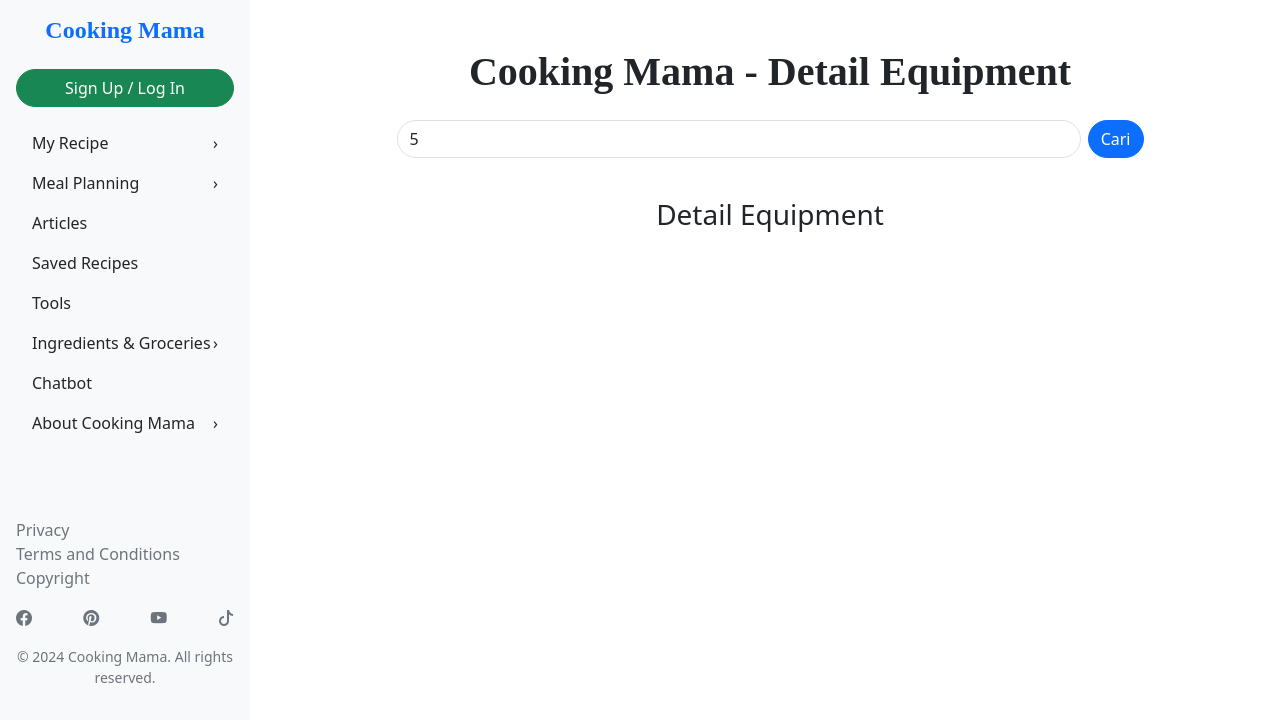
Repository: julius2510/UAS_Frontend_Kelompok10
Page: views/Tools.html
The author's editor kept a copy of each file at every save. The page is drawn from the files as they stood at one save, then again after a run of saves.
The browser window is 1280 px wide. The pictures show the whole page.
Empty fields were first filled with sample values (such as "Sample", 5 or name@example.com).
After loading, the first visible `#searchEquipmentForm` was submitted once.
The page's requests for data from a server got no answer.

Above is the page before, as saved 2024-11-28 06:18:41.
Console error: TypeError: Cannot read properties of null (reading 'addEventListener')

### views/Tools.html
<!DOCTYPE html>
<html lang="en">
<head>
  <meta charset="UTF-8">
  <meta name="viewport" content="width=device-width, initial-scale=1.0">
  <title>Tools</title>
  <link href="https://cdn.jsdelivr.net/npm/bootstrap@5.3.0/dist/css/bootstrap.min.css" rel="stylesheet">
  <link href="https://cdn.jsdelivr.net/npm/bootstrap-icons/font/bootstrap-icons.css" rel="stylesheet">
</head>
<body>
  <div class="d-flex">
    <!-- Sidebar Navbar -->
    <nav class="bg-light p-3 d-flex flex-column justify-content-between" style="width: 250px; height: 100vh; position: fixed; top: 0; left: 0; overflow-y: auto;">
      <!-- Header -->
      <div>
        <a href="/" style="text-decoration: none;">
          <h2 class="fs-4 fw-bold text-primary text-center" style="font-family: cursive;">Cooking Mama</h2>
        </a>
        <a href="/loginin" style="text-decoration: none;">
          <button class="btn btn-success w-100 rounded-pill my-3">Sign Up / Log In</button>
        </a>
        <ul class="nav flex-column">
          <!-- Search Recipe -->
          <li class="nav-item">
            <a class="nav-link text-dark" data-bs-toggle="collapse" href="#myRecipe" role="button" aria-expanded="false" aria-controls="myRecipe">
              My Recipe <span class="float-end">&rsaquo;</span>
            </a>
            <div class="collapse" id="myRecipe">
              <ul class="list-unstyled ps-3">
                <li><a href="/addRecipes" class="nav-link text-secondary">Add Recipe</a></li>
                <li><a href="/searchrecipes" class="nav-link text-secondary">Search Recipe</a></li>
              </ul>
            </div>
          </li>
       <!-- Meal Planning -->
       <li class="nav-item">
        <a class="nav-link text-dark" data-bs-toggle="collapse" href="#collapseMealPlanning" role="button" aria-expanded="false" aria-controls="collapseMealPlanning">
          Meal Planning <span class="float-end">&rsaquo;</span>
        </a>
        <div class="collapse" id="collapseMealPlanning">
          <ul class="list-unstyled ps-3">
            <li><a href="/mealPlanDay" class="nav-link text-secondary">Get Meal Plan Day</a></li>
            <li><a href="/mealPlanWeek" class="nav-link text-secondary">Get Meal Plan Week</a></li>
            <li><a href="/generateMeal" class="nav-link text-secondary">Generate a Meal Plan</a></li>
          </ul>
        </div>
      </li>
          <!-- Articles -->
          <li class="nav-item">
            <a href="/article" class="nav-link text-dark">Articles <span class="float-end"></span></a>
          </li>
          <!-- Saved Recipes -->
          <li class="nav-item">
            <a href="/resep" class="nav-link text-dark">Saved Recipes <span class="float-end"></span></a>
          </li>
          <!-- More Tools -->
          <li class="nav-item">
            <a href="/Tools" class="nav-link text-dark">Tools <span class="float-end"></span></a>
          </li>

          <!-- Ingridients and Tools -->
          <li class="nav-item">
            <a class="nav-link text-dark" data-bs-toggle="collapse" href="#IntAndPro" role="button" aria-expanded="false" aria-controls="IntAndPro">
              Ingredients & Groceries <span class="float-end">&rsaquo;</span>
            </a>
            <div class="collapse" id="IntAndPro">
              <ul class="list-unstyled ps-3">
                <li><a href="/searchIngredients" class="nav-link text-secondary">Search Ingredients</a></li>
                <li><a href="/searchProducts" class="nav-link text-secondary">Search Grocery Products</a></li>
              </ul>
            </div>
          </li>

         <!-- Chatbot -->
         <li class="nav-item">
          <a href="/Chatbot" class="nav-link text-dark">Chatbot <span class="float-end"></span></a>
        </li>

          <li class="nav-item">
            <a class="nav-link text-dark" data-bs-toggle="collapse" href="#collapseAbout" role="button" aria-expanded="false" aria-controls="collapseTools">
              About Cooking Mama <span class="float-end">&rsaquo;</span>
            </a>
            <div class="collapse" id="collapseAbout">
              <ul class="list-unstyled ps-3">
                <li><a href="/about#about" class="nav-link text-secondary">About Us</a></li>
                <li><a href="/about#contact" class="nav-link text-secondary">Contact Us</a></li>
                <li><a href="/about#faq" class="nav-link text-secondary">FAQ</a></li>
              </ul>
            </div>
          </li>
        </ul>
      </div>

      <!-- Footer -->
      <div>
        <ul class="list-unstyled">
          <li><a href="#" class="nav-link text-secondary">Privacy</a></li>
          <li><a href="#" class="nav-link text-secondary">Terms and Conditions</a></li>
          <li><a href="#" class="nav-link text-secondary">Copyright</a></li>
        </ul>
        <div class="d-flex justify-content-between mt-3">
          <a href="#" class="text-secondary"><i class="bi bi-facebook"></i></a>
          <a href="#" class="text-secondary"><i class="bi bi-pinterest"></i></a>
          <a href="#" class="text-secondary"><i class="bi bi-youtube"></i></a>
          <a href="#" class="text-secondary"><i class="bi bi-tiktok"></i></a>
        </div>
        <p class="text-secondary mt-3 text-center small">© 2024 Cooking Mama. All rights reserved.</p>
      </div>
    </nav>

    <div class="container mt-5" style="margin-left: 260px;">
        <h1 class="text-center mb-4 fs-1 fw-bold" style="font-family: cursive;">Cooking Mama - Detail Equipment</h1>
        <div class="d-flex justify-content-center">
          <form id="searchEquipmentForm" class="d-flex flex-column w-75">
            <div class="input-group mb-3">
              <input type="number" id="equipmentId" class="form-control me-2 rounded-pill" placeholder="Masukkan ID Equipment">
              <button type="submit" class="btn btn-primary rounded-pill">Cari</button>
            </div>
          </form>
        </div>
        <h3 class="text-center mt-4">Detail Equipment</h3>
        <div id="equipmentResult" class="mt-4 text-center"></div>
      </div>



<script>
const apiKey = '50868189a1fb41c5b8276487a99412ac';
const searchEquipmentForm = document.getElementById('searchEquipmentForm');
const equipmentResultDiv = document.getElementById('equipmentResult');

// Fungsi untuk mendapatkan daftar equipment
async function getDefaultEquipments(number = 6) {
    const apiUrl = `https://api.spoonacular.com/food/products/search?apiKey=${apiKey}&number=${number}`;
    try {
        const response = await fetch(apiUrl);
        const data = await response.json();
        return data.products; // Kembalikan array equipment
    } catch (error) {
        console.error('Error fetching default equipment:', error);
        equipmentResultDiv.innerHTML = `<p class="text-danger">Terjadi kesalahan saat mengambil data default equipment.</p>`;
    }
}

// Fungsi untuk mendapatkan detail equipment berdasarkan ID
async function getEquipmentById(id) {
  const apiUrl = `https://api.spoonacular.com/food/products/${id}?apiKey=${apiKey}`;
  try {
    const response = await fetch(apiUrl);
    if (!response.ok) throw new Error('Equipment tidak ditemukan');
    const data = await response.json();
    return data; // Kembalikan detail equipment
  } catch (error) {
    console.error('Error fetching equipment:', error);
    equipmentResultDiv.innerHTML = `<p class="text-danger">Terjadi kesalahan: ${error.message}</p>`;
  }
}

// Fungsi untuk menampilkan daftar equipment
function displayEquipments(equipments) {
    equipmentResultDiv.innerHTML = '';
    if (!equipments || equipments.length === 0) {
        equipmentResultDiv.innerHTML = '<p>Detail equipment tidak ditemukan.</p>';
        return;
    }

    equipments.forEach(equipment => {
        const equipmentCard = `
            <div class="col-md-4">
                <div class="card shadow-lg border-0 h-100" style="overflow: hidden;">
                    <img src="${equipment.image}" class="card-img-top" alt="${equipment.title}" style="height: 200px; object-fit: cover;">
                    <div class="card-body">
                        <h5 class="card-title text-primary fw-bold">${equipment.title || 'Nama Tidak Diketahui'}</h5>
                        <p class="text-secondary">ID: ${equipment.id || 'Tidak diketahui'}</p>
                        <p class="text-muted">${equipment.description || 'Deskripsi tidak tersedia.'}</p>
                        <a href="${equipment.link || '#'}" target="_blank" class="btn btn-success w-100 rounded-pill mt-3">
                            <i class="bi bi-link-45deg"></i> Selengkapnya
                        </a>
                    </div>
                </div>
            </div>
        `;
        equipmentResultDiv.innerHTML += equipmentCard;
    });
}

document.addEventListener('DOMContentLoaded', async () => {
    const defaultEquipments = await getDefaultEquipments(6); // Ambil 6 equipment default
    displayEquipments(defaultEquipments);
});

// Event listener untuk form pencarian equipment
searchEquipmentForm.addEventListener('submit', async (e) => {
    e.preventDefault();
    const id = document.getElementById('equipmentId').value;

    if (!id) {
        equipmentResultDiv.innerHTML = '<p class="text-danger">Harap masukkan ID Equipment!</p>';
        return;
    }

    const equipment = await getEquipmentById(id); // Cari berdasarkan ID
    displayEquipments([equipment]); // Tampilkan sebagai array
});

    document.addEventListener('DOMContentLoaded', function () {
    // Cek apakah pengguna sudah login
    const user = JSON.parse(localStorage.getItem('user'));
    if (user) {
      updateNavbarForLoggedInUser(user);
    }

    // Tambahkan event listener untuk form login dan signup
    document.getElementById("loginForm").addEventListener("submit", handleFormSubmit);
    document.getElementById("signupForm").addEventListener("submit", handleFormSubmit);
  });

  async function handleFormSubmit(event) {
    event.preventDefault();

    const formData = new FormData(event.target);
    const formType = event.target.id; // loginForm atau signupForm
    const data = Object.fromEntries(formData.entries());
    const formAction = formType === "loginForm"
      ? "http://localhost:3000/login"
      : "http://localhost:3000/signup";

    try {
      const response = await fetch(formAction, {
        method: "POST",
        headers: {
          "Content-Type": "application/json",
        },
        body: JSON.stringify(data),
      });

      if (!response.ok) {
        const error = await response.json();
        alert(error.message || "Terjadi kesalahan");
        return;
      }

      const result = await response.json();
      // Simpan data pengguna ke localStorage
      localStorage.setItem("user", JSON.stringify(result.user));

      // Update navbar dengan informasi pengguna
      updateNavbarForLoggedInUser(result.user);

      // Arahkan ke halaman utama atau profil
      window.location.href = "/";
    } catch (error) {
      alert("Terjadi kesalahan: " + error.message);
    }
  }

  function updateNavbarForLoggedInUser(user) {
    const navbar = document.querySelector("nav");
    const signupLoginButton = navbar.querySelector(".btn");
    const userProfileHtml = `
      <div class="d-flex align-items-center ms-5">
        <i class="bi bi-person-circle fs-3 text-secondary me-2" style="pointer-events: none;"></i>
        <a href="/profile" style="text-decoration: none;">${user.name}</a>
      </div>
    `;
    signupLoginButton.outerHTML = userProfileHtml;
  }

// Menampilkan 9 bahan makanan pertama ketika halaman dimuat
window.addEventListener('load', async () => {
  const Products = await searchProducts('B');
  displayProducts(Products);
});
  </script>
<script src="https://cdn.jsdelivr.net/npm/bootstrap@5.3.0/dist/js/bootstrap.bundle.min.js"></script>
</body>
</html>

After the next 2 saves:
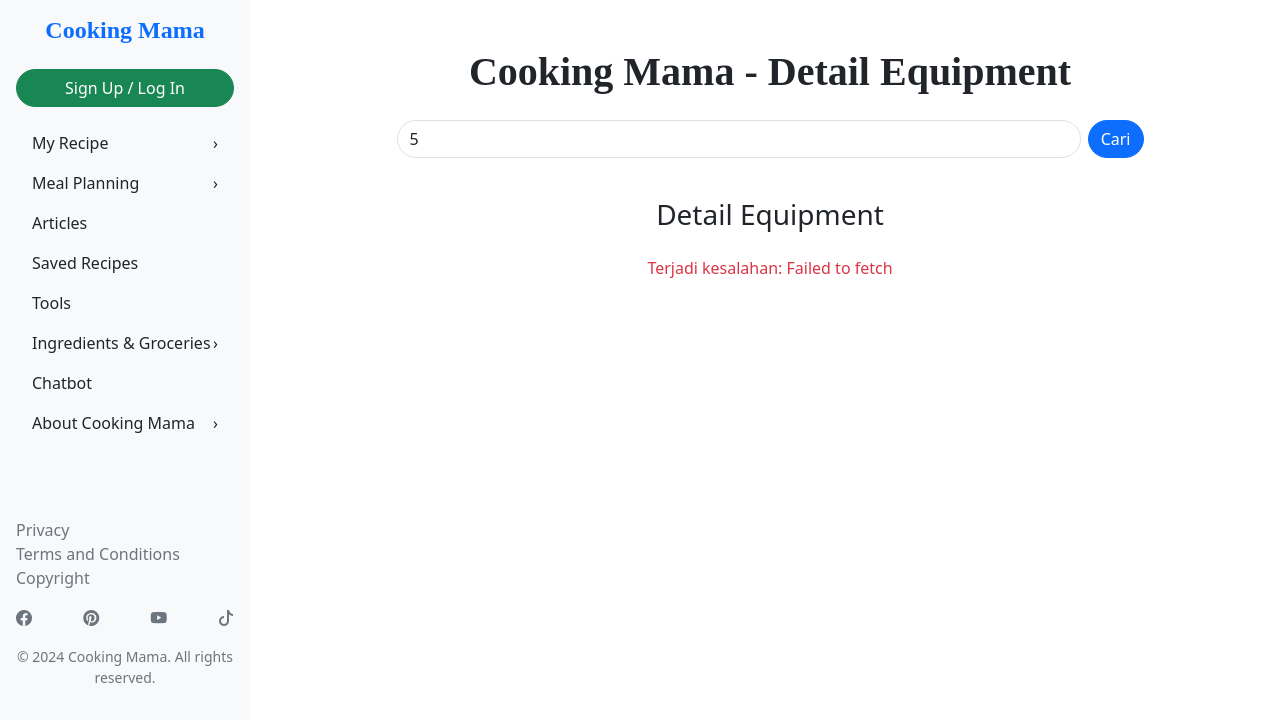
The 2 saves are shown as one change because they came seconds apart.
The last was saved 7 s later.
--- a/views/Tools.html
+++ b/views/Tools.html
@@ -156,7 +156,7 @@
   }
 }
 
-// Fungsi untuk menampilkan daftar equipment
+// Fungsi untuk menampilkan detail equipment
 function displayEquipments(equipments) {
     equipmentResultDiv.innerHTML = '';
     if (!equipments || equipments.length === 0) {
@@ -164,24 +164,20 @@
         return;
     }
 
-    equipments.forEach(equipment => {
-        const equipmentCard = `
-            <div class="col-md-4">
-                <div class="card shadow-lg border-0 h-100" style="overflow: hidden;">
-                    <img src="${equipment.image}" class="card-img-top" alt="${equipment.title}" style="height: 200px; object-fit: cover;">
-                    <div class="card-body">
-                        <h5 class="card-title text-primary fw-bold">${equipment.title || 'Nama Tidak Diketahui'}</h5>
-                        <p class="text-secondary">ID: ${equipment.id || 'Tidak diketahui'}</p>
-                        <p class="text-muted">${equipment.description || 'Deskripsi tidak tersedia.'}</p>
-                        <a href="${equipment.link || '#'}" target="_blank" class="btn btn-success w-100 rounded-pill mt-3">
-                            <i class="bi bi-link-45deg"></i> Selengkapnya
-                        </a>
-                    </div>
-                </div>
-            </div>
-        `;
-        equipmentResultDiv.innerHTML += equipmentCard;
-    });
+  equipmentResultDiv.innerHTML = `
+    <div class="card shadow-lg border-0 mx-auto mb-5" style="width: 50%;">
+      <img src="${equipment.image}" class="card-img-top" alt="${equipment.title}" style="height: 200px; object-fit: cover;">
+      <div class="card-body">
+        <h5 class="card-title text-primary fw-bold">${equipment.title || 'Nama Tidak Diketahui'}</h5>
+        <p class="text-secondary">ID: ${equipment.id || 'Tidak diketahui'}</p>
+        <p class="text-muted">${equipment.description || 'Deskripsi tidak tersedia.'}</p>
+        <a href="${equipment.link || '#'}" target="_blank" >
+
+        </a>
+      </div>
+    </div>
+  `;
+  equipmentResultDiv.innerHTML += equipmentCard;
 }
 
 document.addEventListener('DOMContentLoaded', async () => {
@@ -191,18 +187,17 @@
 
 // Event listener untuk form pencarian equipment
 searchEquipmentForm.addEventListener('submit', async (e) => {
-    e.preventDefault();
-    const id = document.getElementById('equipmentId').value;
-
-    if (!id) {
-        equipmentResultDiv.innerHTML = '<p class="text-danger">Harap masukkan ID Equipment!</p>';
-        return;
-    }
-
-    const equipment = await getEquipmentById(id); // Cari berdasarkan ID
-    displayEquipments([equipment]); // Tampilkan sebagai array
+  e.preventDefault();
+  const id = document.getElementById('equipmentId').value;
+
+  if (!id) {
+    equipmentResultDiv.innerHTML = '<p class="text-danger">Harap masukkan ID Equipment!</p>';
+    return;
+  }
+
+  const equipment = await getEquipmentById(id); // Cari berdasarkan ID
+  displayEquipment(equipment);
 });
-
     document.addEventListener('DOMContentLoaded', function () {
     // Cek apakah pengguna sudah login
     const user = JSON.parse(localStorage.getItem('user'));
